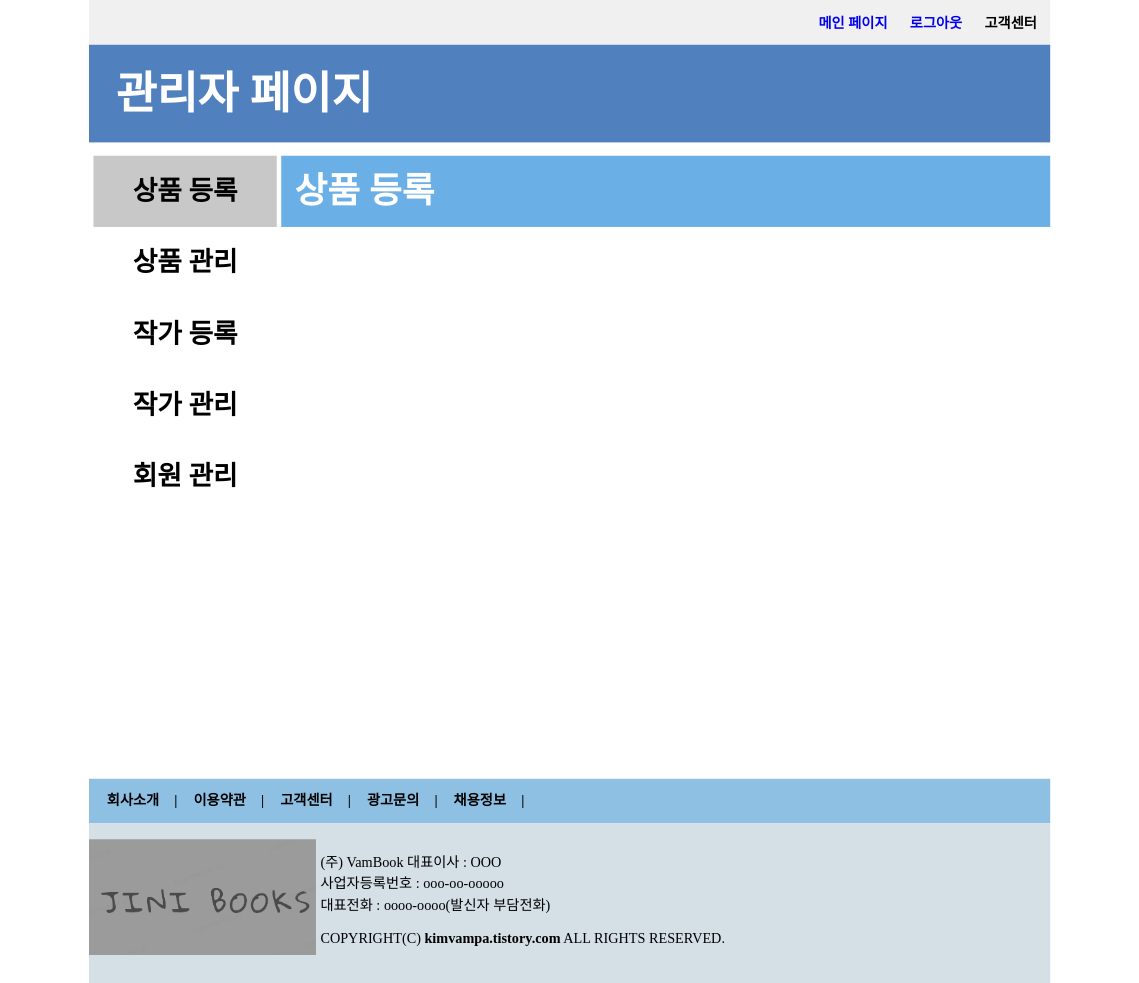
Repository: leechanjin7/ShoppingMall
Page: http://localhost/ShoppingMall/WEB-INF/views/admin/goodsEnroll.jsp
These files come from the project's save history. The page is drawn as it stood at one moment and after the next save; the edit follows.
The browser window is 1280 px wide. The pictures show the whole page, at 89% of full size.
The page is served by Tomcat 9. Nobody is signed in. The template is opened directly, without the code that normally fills it, so the values that code supplies are empty.

Above is the page before, as saved 2023-09-08 01:41:20.

After the next save:
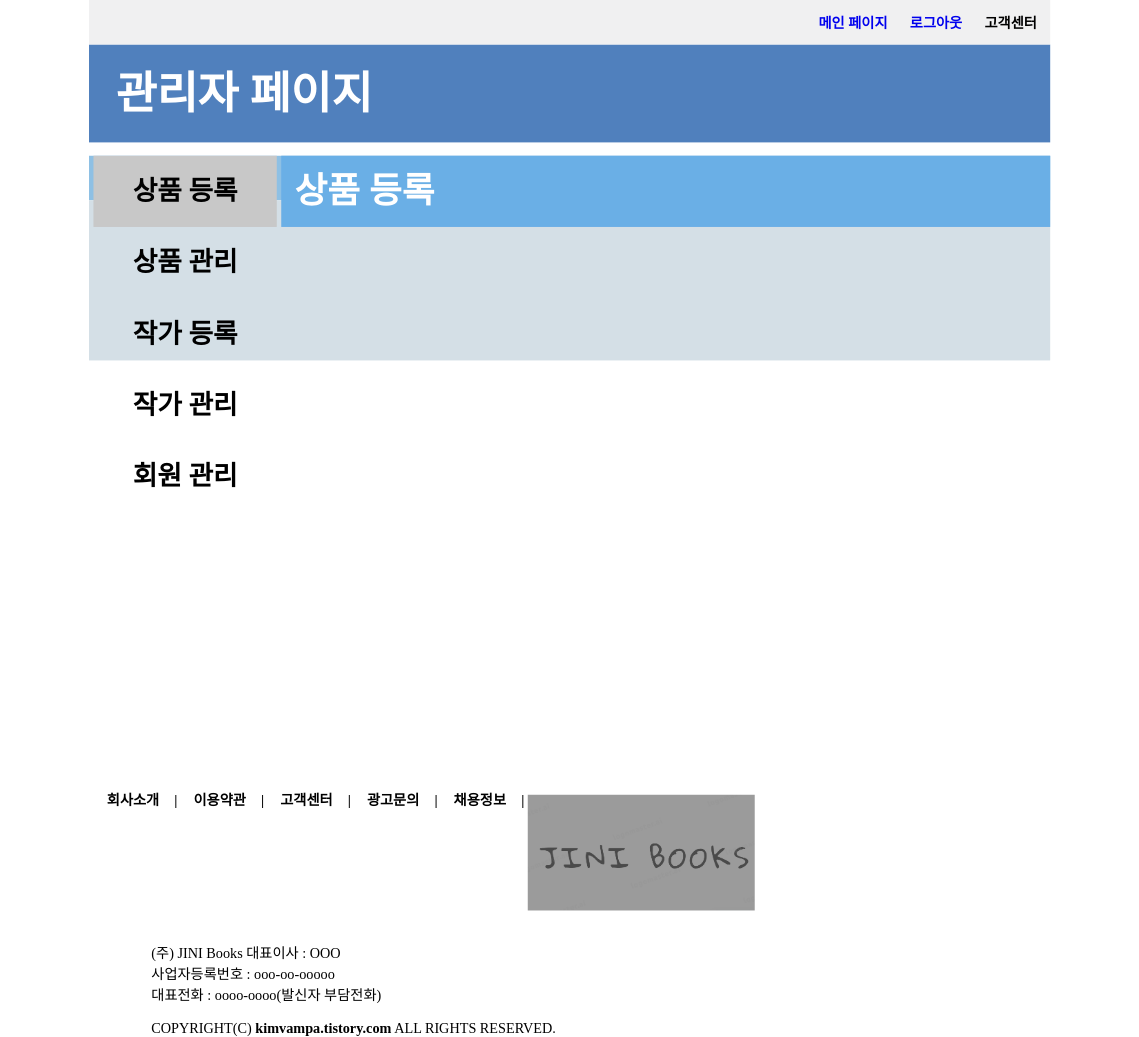
Saved 9 s later.
--- a/workspace/ShoppingMall/src/main/webapp/WEB-INF/views/admin/goodsEnroll.jsp
+++ b/workspace/ShoppingMall/src/main/webapp/WEB-INF/views/admin/goodsEnroll.jsp
@@ -20,50 +20,8 @@
                 <div class="admin_content_wrap">
                     <div class="admin_content_subject"><span>상품 등록</span>
                 </div>
-                </div>
-                <div class="clearfix"></div>
-            </div>
 
-        <!-- Footer 영역 -->
-        <div class="footer_nav">
-            <div class="footer_nav_container">
-                <ul>
-                    <li>회사소개</li>
-                    <span class="line">|</span>
-                    <li>이용약관</li>
-                    <span class="line">|</span>
-                    <li>고객센터</li>
-                    <span class="line">|</span>
-                    <li>광고문의</li>
-                    <span class="line">|</span>
-                    <li>채용정보</li>
-                    <span class="line">|</span>
-                </ul>
-            </div>
-        </div> <!-- class="footer_nav" -->
-
-        <div class="footer">
-            <div class="footer_container">
-
-                <div class="footer_left">
-                    <img src="../resources/img/Logo.png">
-                </div>
-                <div class="footer_right">
-                    (주) VamBook    대표이사 : OOO
-                    <br>
-                    사업자등록번호 : ooo-oo-ooooo
-                    <br>
-                    대표전화 : oooo-oooo(발신자 부담전화)
-                    <br>
-                    <br>
-                    COPYRIGHT(C) <strong>kimvampa.tistory.com</strong>    ALL RIGHTS RESERVED.
-                </div>
-                <div class="clearfix"></div>
-            </div>
-        </div> <!-- class="footer" -->
-
-    </div>    <!-- class="wrap" -->
-</div>    <!-- class="wrapper" -->
+                <%@include file="../includes/admin/footer.jsp" %>
 
 </body>
 </html>

After the save that followed:
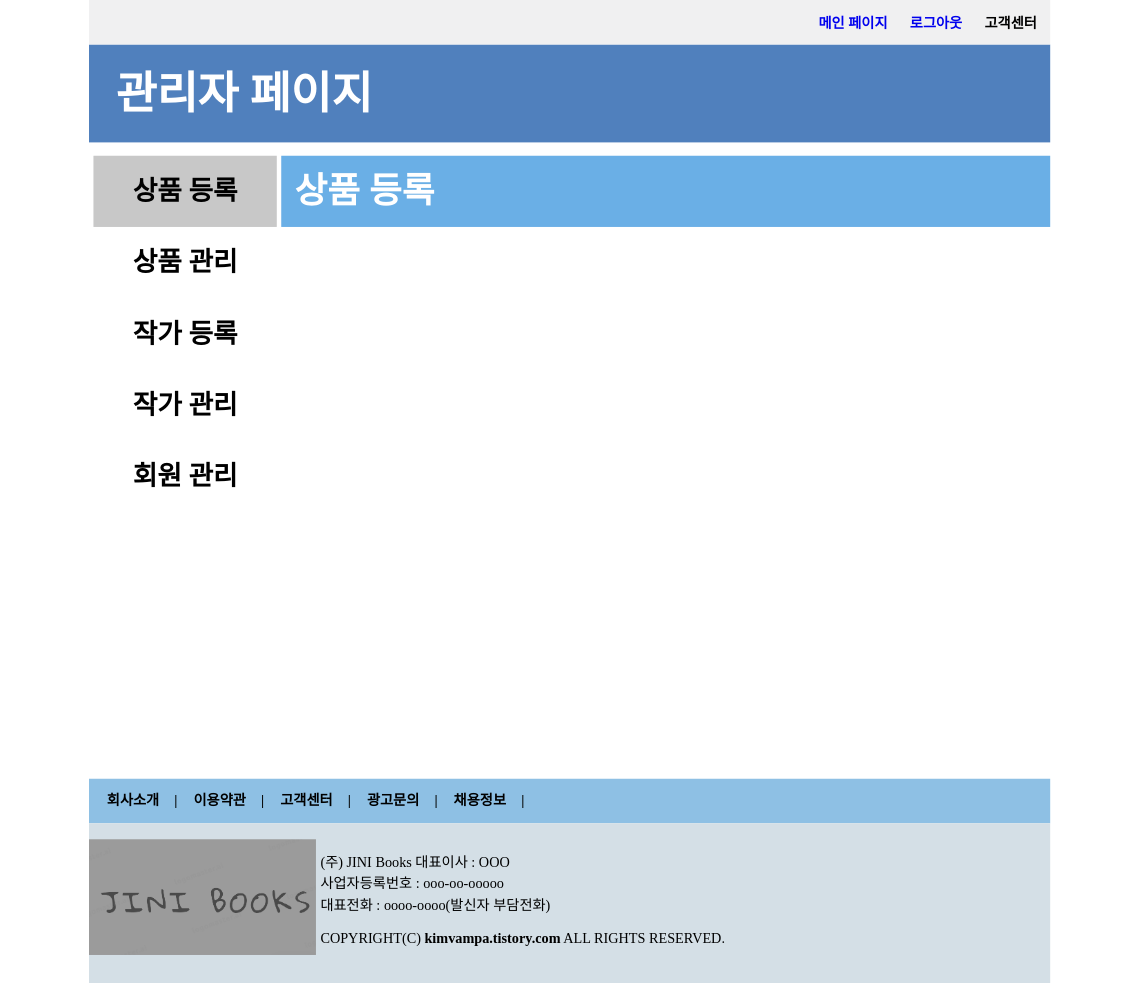
Saved 19 s later.
--- a/workspace/ShoppingMall/src/main/webapp/WEB-INF/views/admin/goodsEnroll.jsp
+++ b/workspace/ShoppingMall/src/main/webapp/WEB-INF/views/admin/goodsEnroll.jsp
@@ -18,7 +18,7 @@
  				<%@include file="../includes/admin/header.jsp" %>
 
                 <div class="admin_content_wrap">
-                    <div class="admin_content_subject"><span>상품 등록</span>
+                    <div class="admin_content_subject"><span>상품 등록</span></div>
                 </div>
 
                 <%@include file="../includes/admin/footer.jsp" %>
